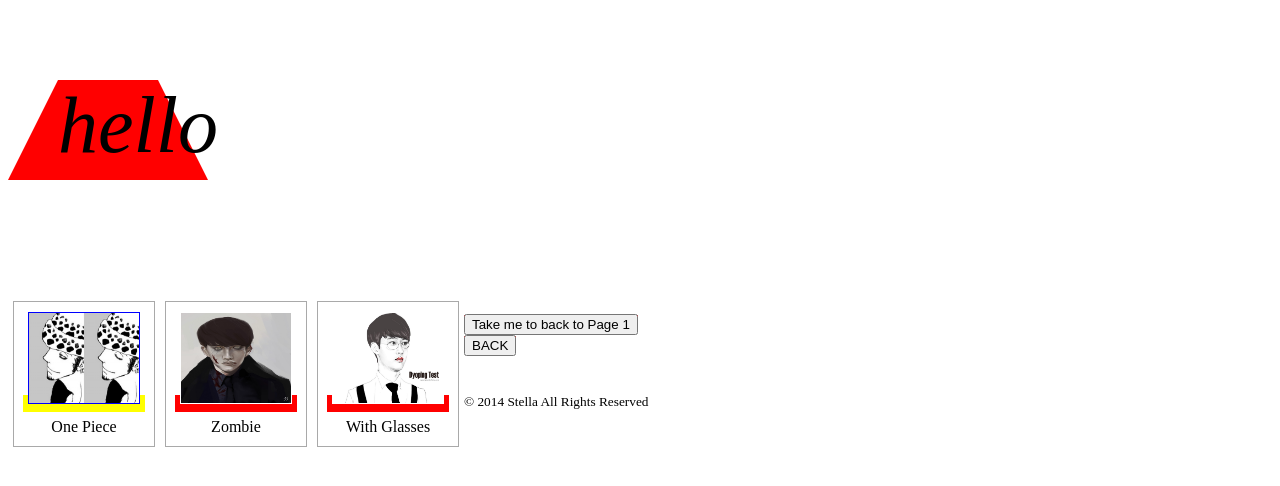
Repository: simj959/simj959.github.io
Page: css_composition/page5.html
The author's editor kept a record of every edit. The page is drawn from the files as they stood at one moment, then again after the next edit.
The browser window is 1280 px wide. The pictures show the whole page.
The pointer rests on the first visible `div.img a`.

Above is the page before.

### css_composition/page5.html
<!DOCTYPE html>
<html>

	<head>
	<link rel="stylesheet" href="page5.css">
	<style>
table, th, td {
    border: 8px solid black;
}
</style>

		<title>Hello, world.</title>
	</head>
	<body>


<p><span><i>hello</i></span></p>

	<br>
	<br>
<style>
div.img {
    margin: 5px;
    padding: 5px;
    border: 1px solid #a9a9a9;
    height: auto;
    width: auto;
    float: left;
    text-align: center;
}

div.img img {
    display: inline;
    margin: 5px;
    border: 1px solid #ffffff;
}

div.img a:hover img {
    border:1px solid #0000ff;
}

div.desc {
    text-align: center;
    font-weight: normal;
    width: 120px;
    margin: 5px;
}
</style>
</head>
<body>

<div class="img">
  <a target="_blank" href="klematis_big.htm">
    <img src="2.jpg" alt="Klematis" width="110" height="90">
  </a>
  <div class="desc">One Piece</div>
</div>
<div class="img">
  <a target="_blank" href="klematis2_big.htm">
    <img src="3.jpg" alt="Klematis" width="110" height="90">
  </a>
  <div class="desc">Zombie</div>
</div>
<div class="img">
  <a target="_blank" href="klematis3_big.htm">
    <img src="5.jpg" alt="Klematis" width="110" height="90">
  </a>
  <div class="desc">With Glasses</div>
</div>
</div>

</body>
</html>

  <tr>
    <td></td>
    <td></td>
    <td></td>
  </tr>
  <tr>
    <td></td>
    <td></td>
    <td></td>
  </tr>
  <tr>
    <td></td>
    <td></td>
    <td></td>
  </tr>
  <tr>
    <td></td>
    <td></td>
    <td></td>
  </tr>
  <tr>
    <td></td>
    <td></td>
    <td></td>
  </tr>
  <tr>
    <td></td>
    <td></td>
    <td></td>
  </tr>
  <tr>
    <td></td>
    <td></td>
    <td></td>
  </tr>
  <tr>
    <td></td>
    <td></td>
    <td></td>
  </tr>
  <tr>
    <td></td>
    <td></td>
    <td></td>
  </tr>
  <tr>
    <td></td>
    <td></td>
    <td></td>
  </tr>
  <tr>
    <td></td>
    <td></td>
    <td></td>
  </tr>
  <tr>
    <td></td>
    <td></td>
    <td></td>
  </tr>
  <tr>
    <td></td>
    <td></td>
    <td></td>
  </tr>
  <tr>
    <td></td>
    <td></td>
    <td></td>
  </tr>
  <tr>
    <td></td>
    <td></td>
    <td></td>
  </tr>
  <tr>
    <td></td>
    <td></td>
    <td></td>
  </tr>
  <tr>
    <td></td>
    <td></td>
    <td></td>
  </tr>
  <tr>
    <td></td>
    <td></td>
    <td></td>
  </tr>
  <tr>
    <td></td>
    <td></td>
    <td></td>
  </tr>
  <tr>
    <td></td>
    <td></td>
    <td></td>
  </tr>

</table>

</body>
</html>

</svg>

<br>
		<a href="page1.html"><button name="button">Take me to back to Page 1</button></a><br>
<a href="page4.html"><button name="button">BACK</button></a>
<br>
<br>
<br>
<small> &copy; 2014 Stella All Rights Reserved </small>
</html>

### css_composition/page5.css
p {
font-size: 80px;
border-bottom: 100px solid red;
	border-left: 50px solid transparent;
	border-right: 50px solid transparent;
	height: 0;
	width: 100px;
}
a:link {
    background-color: red;
}

a:visited {
    background-color: red;
}

a:hover {
    background-color: #FF704D;
}

a:active {
    background-color: #FF704D;
}

p:hover, h1:hover, a:hover {
    background-color: yellow;

After the next edit:
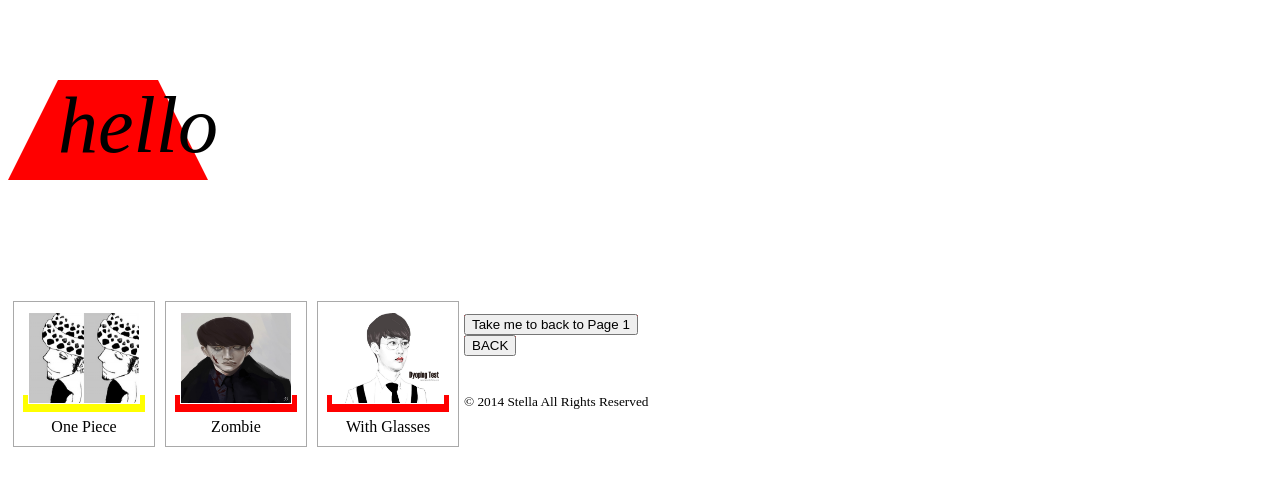
The edit:
--- a/css_composition/page5.html
+++ b/css_composition/page5.html
@@ -36,7 +36,7 @@
 }
 
 div.img a:hover img {
-    border:1px solid #0000ff;
+    border:1px solid #red;
 }
 
 div.desc {
